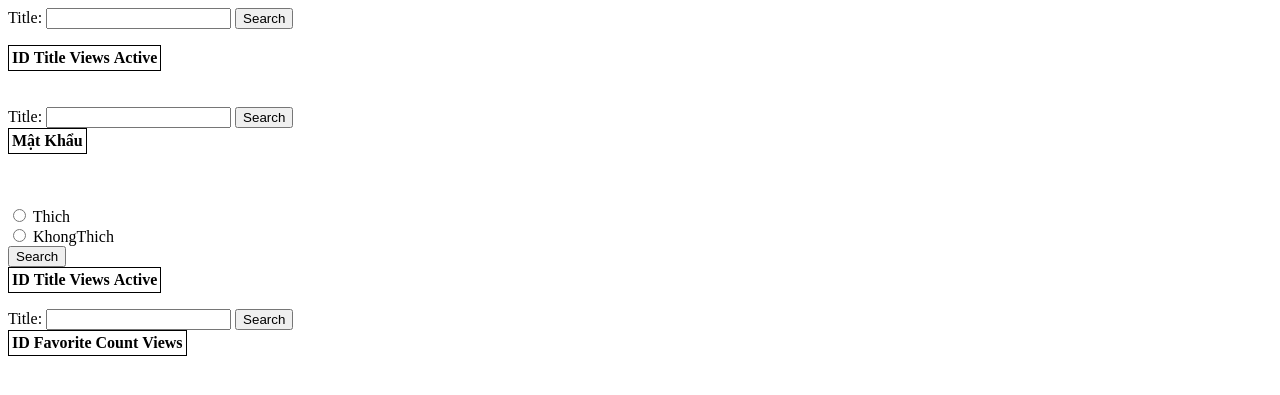
Repository: Hacorbie/Java-Servlet
Page: http://localhost/Lab6_Java4/views/NewFile.jsp
These files come from the project's save history. The page is drawn as it stood at one moment and after the next save; the edit follows.
The browser window is 1280 px wide. The pictures show the whole page.
The page is served by Tomcat 9. The template is opened directly, without the code that normally fills it, so the values that code supplies are empty.

Above is the page before, as saved 2023-04-03 09:17:22.

After the next save:
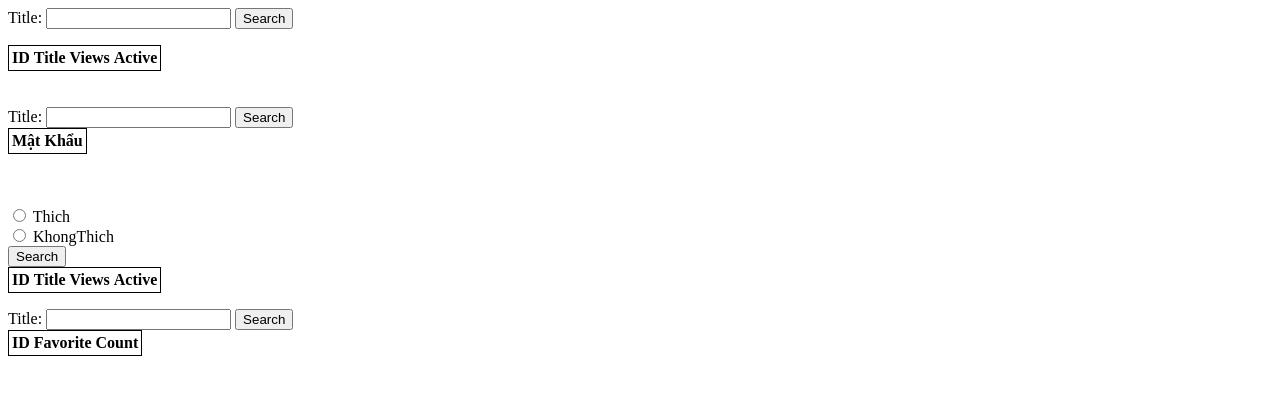
Saved 5 s later.
--- a/Lab6_Java4/src/main/webapp/views/NewFile.jsp
+++ b/Lab6_Java4/src/main/webapp/views/NewFile.jsp
@@ -95,7 +95,6 @@
 				<tr>
 					<th>ID</th>
 					<th>Favorite Count</th>
-					<th>Views</th>
 
 				</tr>
 			</thead>
